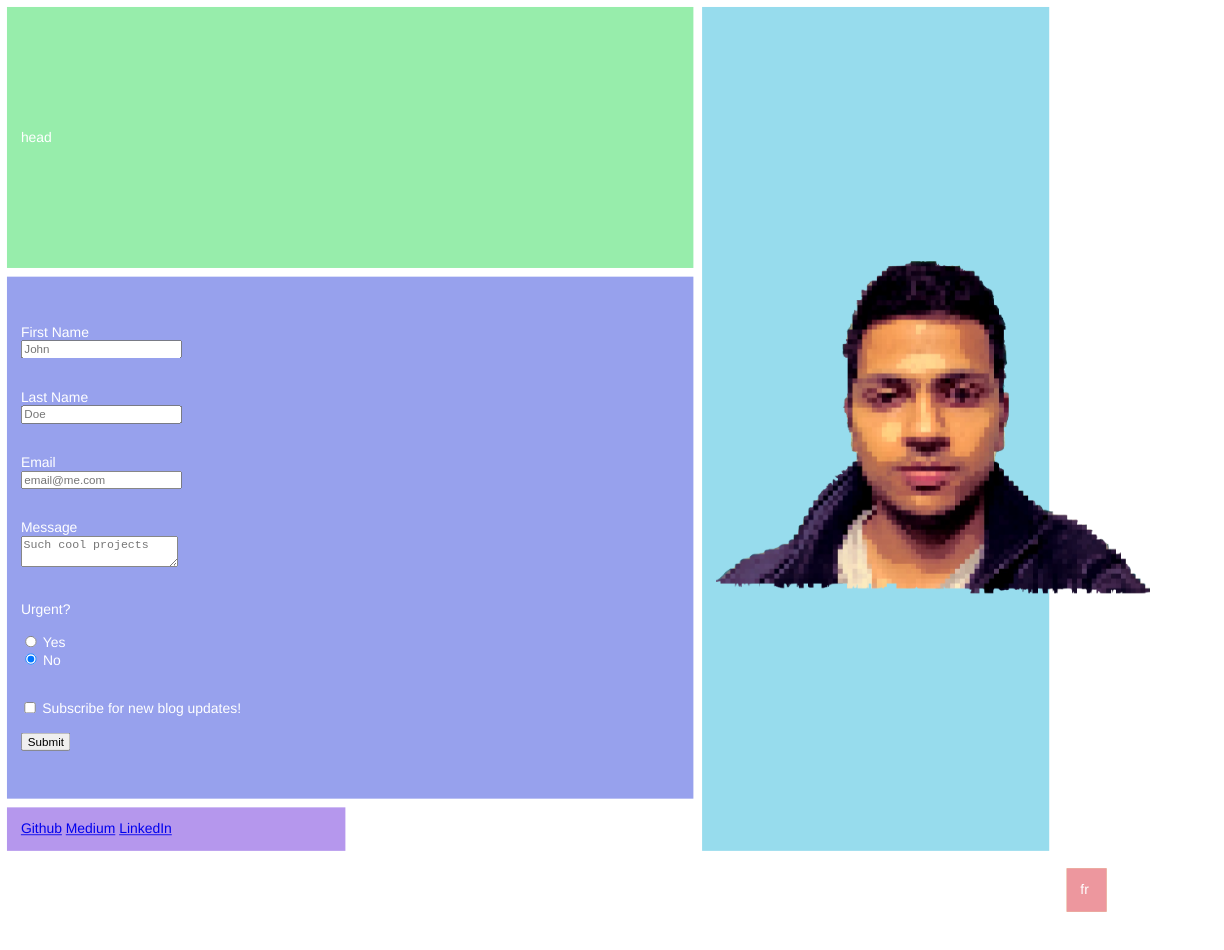
Repository: SamirIngley/html-semantic
Page: templates/contact.html
These files come from the project's save history. The page is drawn as it stood at one moment and after the next save; the edit follows.
The browser window is 1280 px wide. The page is 1322 px wide, then 1407 px, so the pictures cover 1407 px, including what lies to the right of the window. The pictures show the whole page, at 87% of full size.

Above is the page before, as saved 2020-02-06 07:57:30.

After the next save:
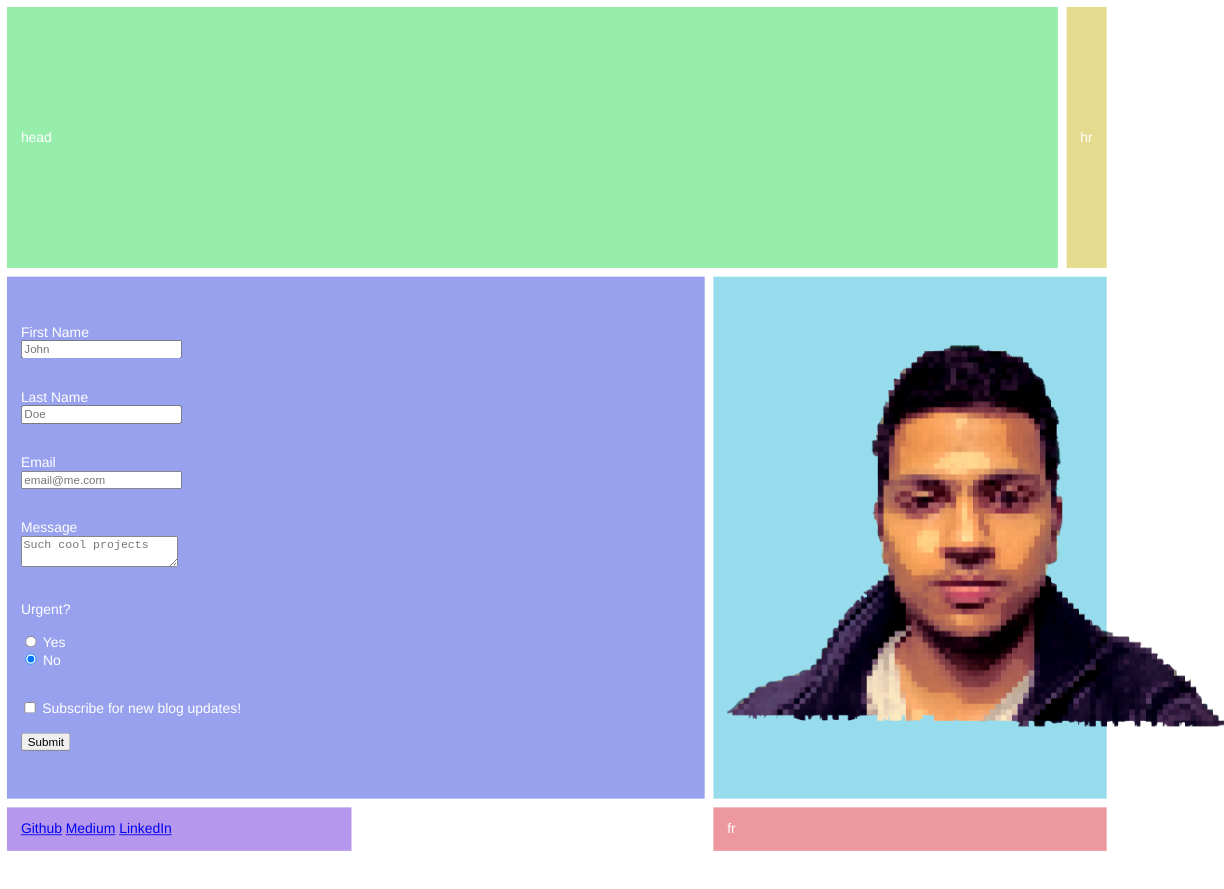
Saved 61 s later.
--- a/templates/style.css
+++ b/templates/style.css
@@ -31,9 +31,9 @@
   The named areas below define where elements with
   those names are placed on the grid.
   */
-  grid-template-areas:  "h h m m"
+  grid-template-areas:  "h h h r"
                         "s s m m"
-                        "f . m m";
+                        "f . g g";
 }
 
 .wrapper>div {
